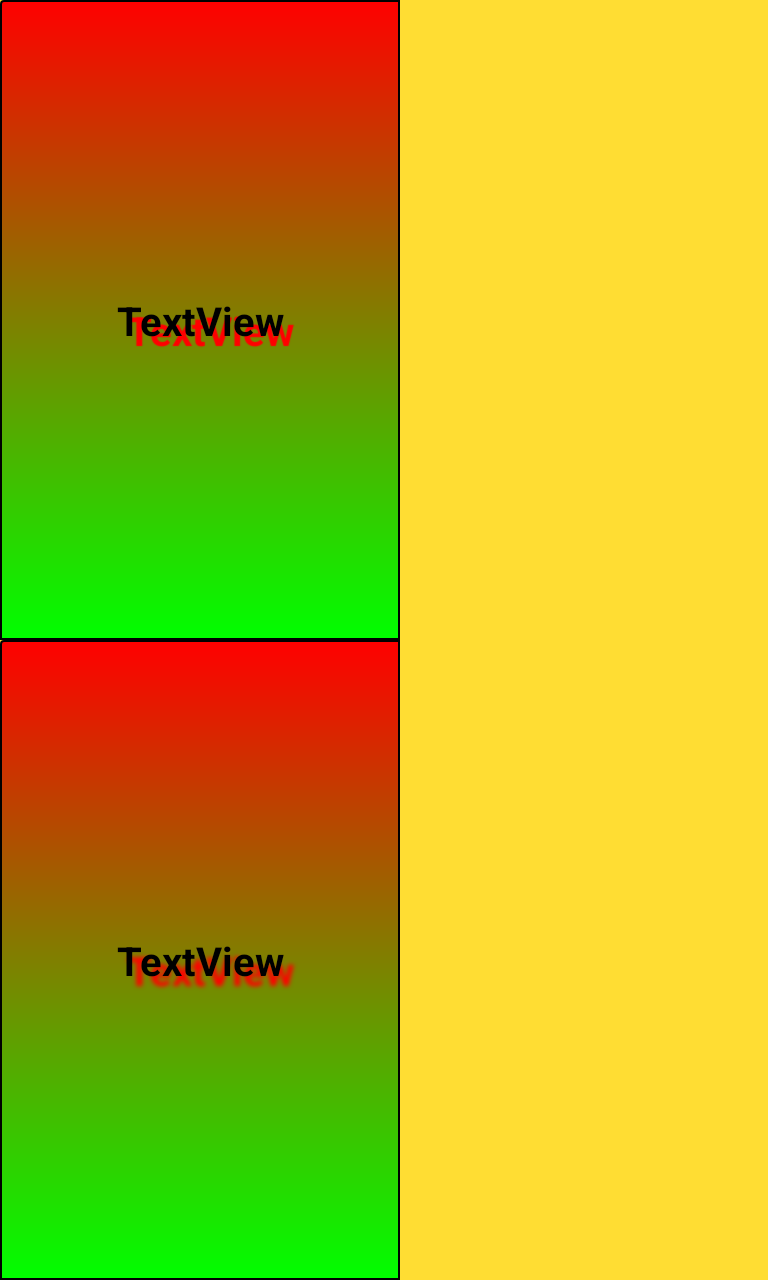
Repository: yhtaphp/yhtqgit
Layout: android/TextView/res/layout/activity_main.xml
An editor plug-in stored every save of this project. The layout is shown before and after the next save, followed by the edit.
It is drawn on a 768 x 1280 px phone screen (xhdpi) without system bars, with theme AppTheme; the app's code is not run.

Above is the layout before, as saved 2016-09-11 13:34:51.

After the next save:
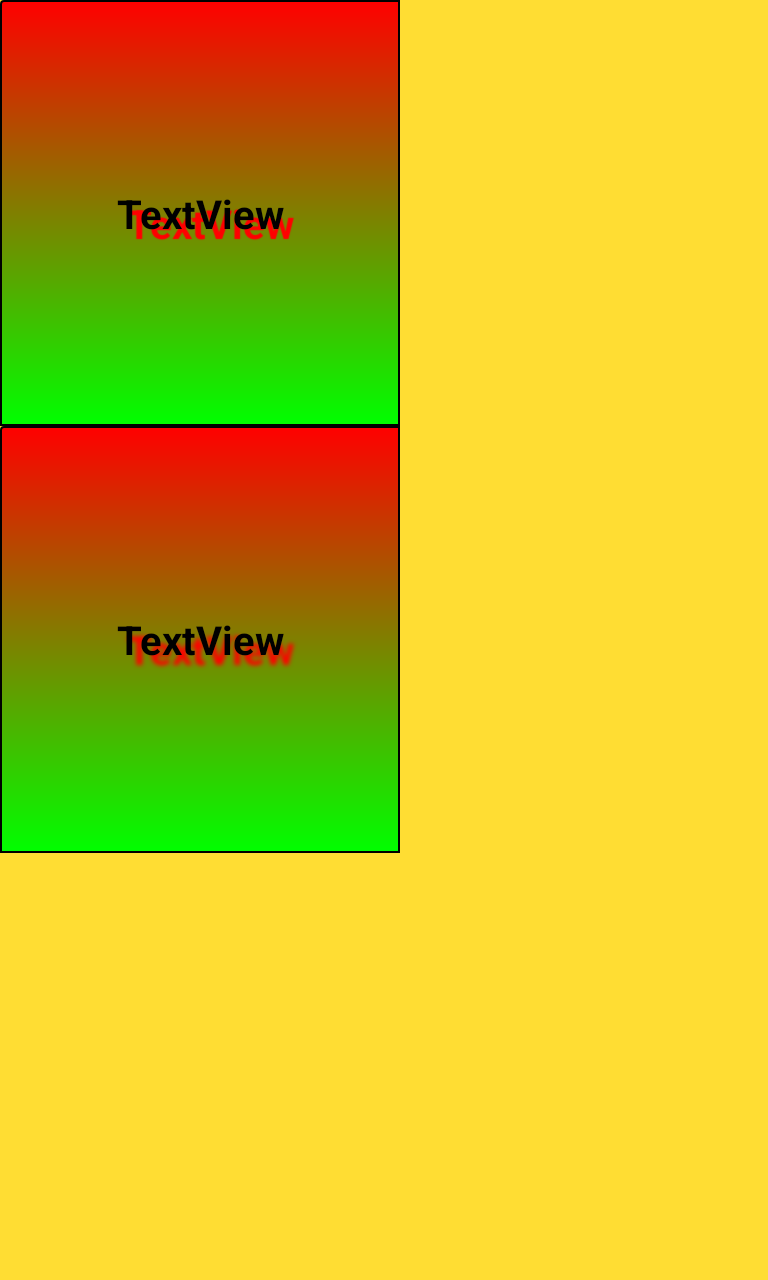
Saved 82 s later.
--- a/android/TextView/res/layout/activity_main.xml
+++ b/android/TextView/res/layout/activity_main.xml
@@ -36,6 +36,6 @@
         android:textStyle="bold"
         android:textSize="20sp"
         android:text="TextView" />
-
-
+   <TableLayout
+       android:layout_weight="1"></TableLayout>
 </LinearLayout>
